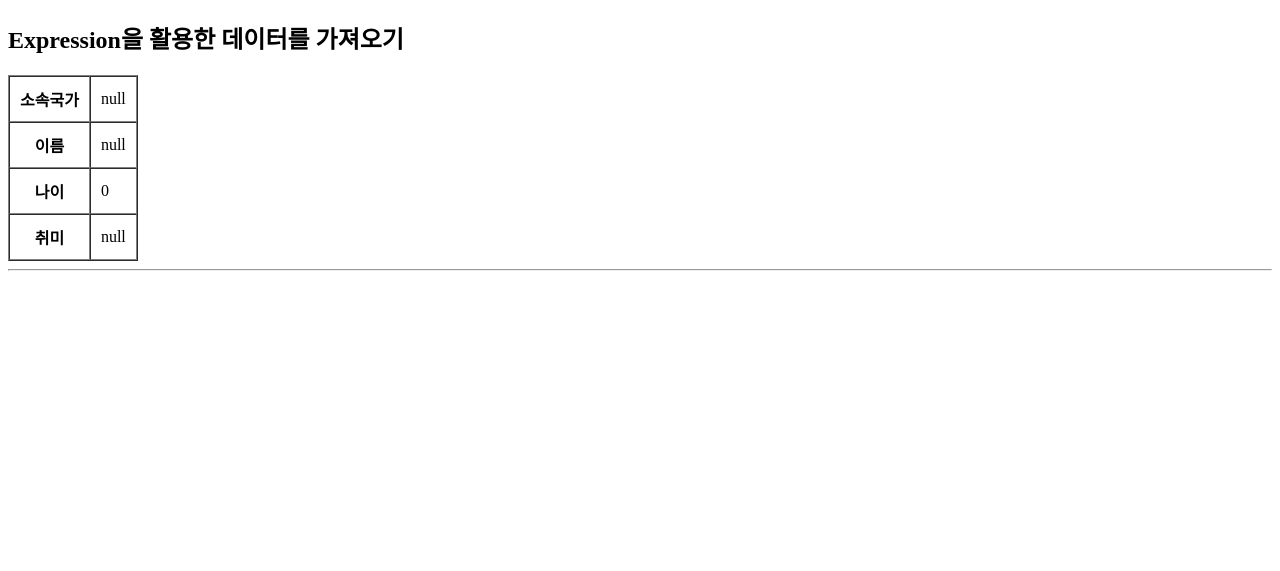
Repository: Rua1006/JSP
Page: http://localhost/practice02/08GetProperty.jsp
These files come from the project's save history. The page is drawn as it stood at one moment and after the next save; the edit follows.
The browser window is 1280 px wide. The pictures show the whole page.
The page is served by Tomcat 9.

Above is the page before, as saved 2022-11-10 07:49:37.

After the next save:
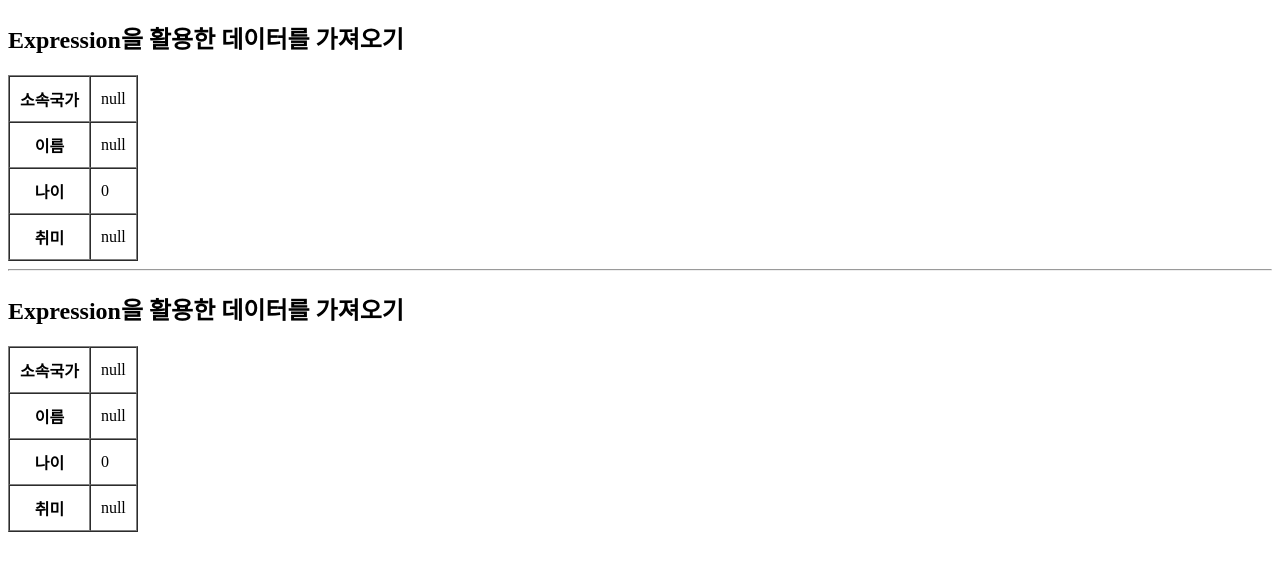
Saved 7 s later.
--- a/practice02/WebContent/08GetProperty.jsp
+++ b/practice02/WebContent/08GetProperty.jsp
@@ -29,5 +29,24 @@
 	</tr>
 </table>
 <hr>
+<h2>Expression을 활용한 데이터를 가져오기</h2>
+<table class="table" border="1" cellpadding="10" cellspacing="0">
+	<tr>
+		<th>소속국가</th>
+		<td><%=b.getCountry() %></td>
+	</tr>
+	<tr>
+		<th>이름</th>
+		<td><%=b.getName() %></td>
+	</tr>
+	<tr>
+		<th>나이</th>
+		<td><%=b.getAge() %></td>
+	</tr>
+	<tr>
+		<th>취미</th>
+		<td><%=b.getHobby() %></td>
+	</tr>
+</table>
 </body>
 </html>
